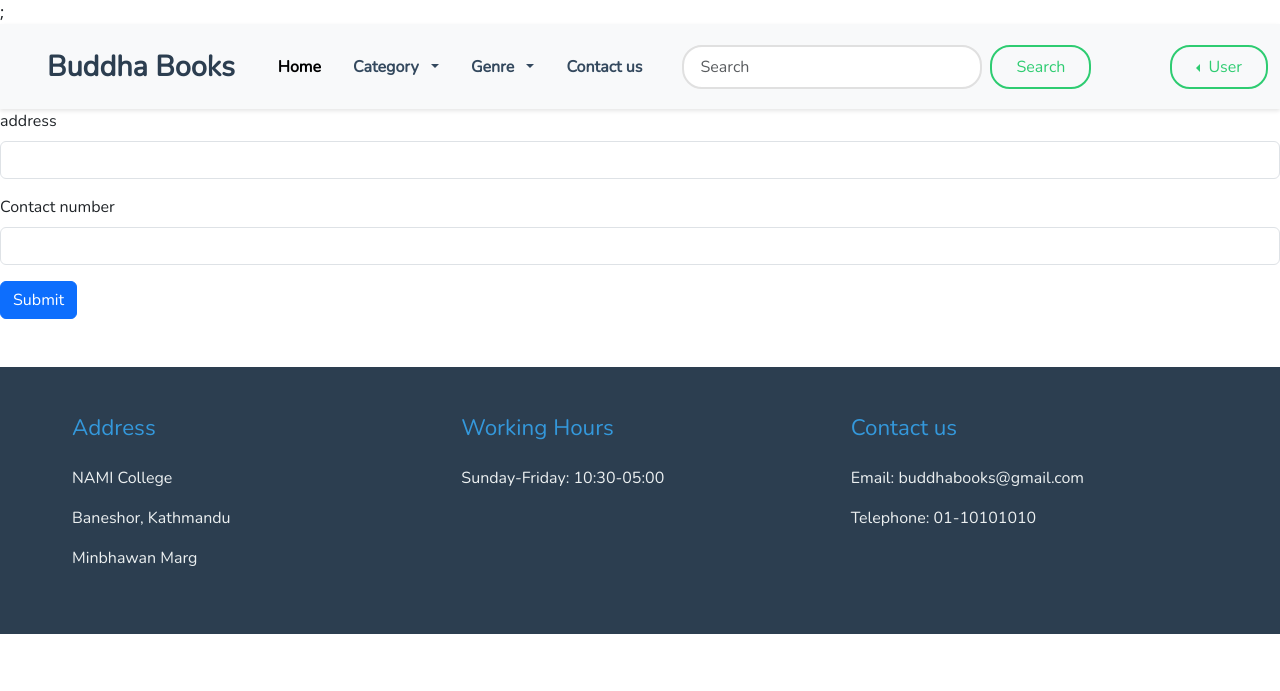
Repository: Shuprawal/Library-Management-System
Page: resources/views/addProfile.blade.php
An editor plug-in stored every save of this project. The page is shown before and after a run of saves, followed by the edit.
The browser window is 1280 px wide. The pictures show the whole page.
Some web libraries are served in a nearby version. The page is served by the project's Laravel application, run on PHP 8.4 with Laravel 12. Other server files are loaded and not shown. The database holds what the project's SQL file puts in it. The template is opened directly, without the code that normally fills it, so the values that code supplies are empty.

Above is the page before, as saved 2024-12-29 12:42:19.

### app/Providers/AppServiceProvider.php
<?php

namespace App\Providers;

use App\Models\Publisher;
use Illuminate\Support\ServiceProvider;
use Illuminate\Support\Facades\View;
use App\Models\Genre;
use App\Models\Author;
use App\Models\Book;
class AppServiceProvider extends ServiceProvider
{
    /**
     * Register any application services.
     */
    public function register(): void
    {
        //
    }

    /**
     * Bootstrap any application services.
     */
    public function boot(): void
    {
        //
        View::composer(['kitab', 'allbooklist', 'layouts.try'], function ($view) {
            $view->with('genres', Genre::all());
        });

        View::composer(['kitab', 'allbooklist', 'layouts.try'], function ($view) {
            $view->with('authors', Author::all());
        });

        View::composer(['kitab', 'allbooklist', 'layouts.try'], function ($view) {
            $view->with('publishers', Publisher::all());
        });

        View::composer(['list', 'index'], function ($view) {
            $view->with('books', Book::with(['authors', 'genres', 'publisher'])->get());
        });


        // View::composer('book', function ($view) {
        //     $view->with('book', function () {
        //         // Retrieve the book ID from the route
        //         $id = request()->route('id');

        //         // Fetch the book along with related models
        //         return Book::with(['authors', 'genres', 'publisher'])->findOrFail($id);
        //     });
        // });
        // public function index()
        // {
        //     $books = Book::with(['authors', 'genres', 'publisher'])->get();
        //     return view('allbooklist', compact('books'));
        // }
    }
}

### routes/web.php
<?php
use App\Http\Controllers\BookController;
use App\Http\Controllers\AuthorController;
use App\Http\Controllers\PublisherController;
use App\Http\Controllers\ProfileController;
use App\Http\Controllers\GenreController;
use Illuminate\Support\Facades\Route;
use Illuminate\Support\Facades\Auth;
use Laravel\Jetstream\Http\Controllers\Inertia\UserProfileController;

Route::get('/login', function () {
    return view('login');
})->name('login');

Route::get('/data', function () {
    return view('data');
});

Route::middleware([
    'auth:sanctum',
    config('jetstream.auth_session'),
    'verified',
])->group(function () {
    Route::get('/dashboard', function () {
        return view('dashboard');
    })->name('dashboard');
});

Route::get('/new', function () {
    return view('new');
});

Route::get('/', function () {
    return view('index');
})->name('home');



Route::get('/allist', function () {
    return view('authorlist');
})->name('authorlist');

Route::get('/addauthor', function () {
    return view('author.addauthor');
});


Route::get('/book', function () {
    return view('book');
})->name('book');

Route::get('/book2', function () {
    return view('book2');
})->name('book2');

Route::get('/booklist', function () {
    return view('booklist');
});

Route::get('/add', function () {
    return view('add');
});

Route::get('/addbook', function () {
    return view('addbook');
});

Route::get('/kitab', function () {
    return view('kitab');
})->name('kitab');

Route::get('/addmore', function () {
    return view('addmore');
});

Route::get('/addgenre', function () {
    return view('addgenre');
});

Route::get('/addpublisher', function () {
    return view('addpublisher');
});

Auth::routes();

// Route::get('/home', [App\Http\Controllers\HomeController::class, 'index'])->name('index');

// Route ::get('addpublisher',[PublisherController::class, 'index'])->name('publisher.index');
// Route ::get('addpublisher',[PublisherController::class, 'create'])->name('publisher.create');
// Route ::post('pulish',[PublisherController::class, 'store'])->name('publisher.store');


// Display a list of publishers (index)
Route::get('publishers', [PublisherController::class, 'index'])->name('publisher.index');

// Display the form to add a publisher (create)
Route::get('addpublisher', [PublisherController::class, 'create'])->name('publisher.create');

// Store the new publisher (store)
Route::post('addpublisher', [PublisherController::class, 'store'])->name('publisher.store');
Route::post('addpublisher', [PublisherController::class, 'store'])->name('publisher.store');
Route::post('kitab', [BookController::class, 'store'])->name('book.store');






Route::get('genres', [GenreController::class, 'index'])->name('genre.index');


Route::get('addgenre', [GenreController::class, 'create'])->name('genre.create');


Route::post('addgenre', [GenreController::class, 'store'])->name('genre.store');

// Route::get('/books/{genre}', [BookController::class, 'listByGenre'])->name('booklist');




Route::get('authors', [AuthorController::class, 'index'])->name('author.index');


Route::get('addauthor', [AuthorController::class, 'create'])->name('author.create');


Route::post('addauthor', [AuthorController::class, 'store'])->name('author.store');




Route::get('books', [BookController::class, 'index'])->name('book.index');


Route::get('kitab', [BookController::class, 'create'])->name('book.create');


Route::post('kitab', [BookController::class, 'store'])->name('book.store');

// Route::post('/kitab', [BookController::class, 'store']);

Route::get('/addNewBook',function(){
    return view('addNewBook');
})->name('new');


Route::get('/list', function () {
    return view('list');
})->name('list');


// Route::get('/booklist', function () {
//     return view('booklist');
// })->name('booklist');

Route::get('authorlist', [AuthorController::class, 'index'])->name('authorlist');
Route::delete('autorlist/{id}', [AuthorController::class, 'destroy'])->name('delete_author');

Route::get('genrelist', [GenreController::class, 'index'])->name('genrelist');
Route::delete('genrelist/{id}', [GenreController::class, 'destroy'])->name('delete_genre');

Route::get('publisherlist', [PublisherController::class, 'index'])->name('publisherlist');
Route::delete('publisher/{id}', [PublisherController::class, 'destroy'])->name('delete_publisher');


Route::get('allbooklist', [BookController::class, 'index'])->name('allbooklist');
Route::delete('allbooklist/{id}', [BookController::class, 'destroy'])->name('delete_book');

Route::get('/book/{id}', [BookController::class, 'show'])->name('book');


 Route::post('/publisherEdit/{id}', [PublisherController::class, 'edit'])->name('publisher_edit');


Route::get('/publisherEdit/{id}', [PublisherController::class, 'edit'])->name('publisher_edit');
Route::put('/publisherEdit/{id}', [PublisherController::class, 'update'])->name('publisher_update');



Route::post('/authorEdit/{id}', [AuthorController::class, 'edit'])->name('author_edit');


Route::get('/authorEdit/{id}', [AuthorController::class, 'edit'])->name('author_edit');
Route::put('/authorEdit/{id}', [AuthorController::class, 'update'])->name('author_update');


Route::post('/genreEdit/{id}',[GenreController::class,'edit'])->name('genre_edit');
Route::get('/genreEdit/{id}',[GenreController::class,'edit'])->name('genre_edit');
Route::put('genreEdit/{id}',[GenreController::class,'update'])->name('genre_update');

Route::get('bookEdit/{id}',[BookController::class,'edit'])->name('book_edit');
Route::post('bookEdit/{id}',[BookController::class,'edit'])->name('book_edit');
Route::put('bookEdit/{id}',[BookController::class,'update'])->name('book_update');

 Route::get('booklist/{id}',[BookController::class,'getBooksByGenre'])->name('booklist');







//  show profile

Route::middleware('auth')->group(function(){

    Route::get('profile',[ProfileController::class,'show'])->name('showProfile');
    Route::get('addprofile',[ProfileController::class,'create'])->name('profilecreate');
});

### resources/views/addProfile.blade.php
@extends('layouts.try');
@section('hom-body')
<form action="{{route('profilecreate')}}" method="Post">
@csrf


  <div class="mb-3">
    <label for="exampleAddress" class="form-label">address</label>
    <input type="text" class="form-control" id="exampleInputAddress1">

  </div>
  <div class="mb-3">
    <label for="exampleInputContact" class="form-label">Contact number</label>
    <input type="text" class="form-control" id="exampleInputContact1">
  </div>

  <button type="submit" class="btn btn-primary">Submit</button>

</form>
@endsection

### app/Models/Genre.php
<?php

namespace App\Models;

use Illuminate\Database\Eloquent\Model;

class Genre extends Model
{
    protected $fillable = ['name'];

    public function books() {
        return $this->belongsToMany(Book::class, 'book_genres', 'genre_id', 'book_id');
    }
}

### app/Models/Author.php
<?php

namespace App\Models;

use Illuminate\Database\Eloquent\Model;

class Author extends Model
{
    protected $fillable = ['name'];

    // In Author Model
    public function books() {
        return $this->belongsToMany(Book::class, 'book_authors', 'authorID', 'bookID');
    }



}

### app/Models/Publisher.php
<?php

namespace App\Models;

use Illuminate\Database\Eloquent\Model;

class Publisher extends Model
{
    protected $fillable = ['name'];

    public function books() {
        return $this->hasMany(Book::class, 'publisherID','id');
    }
}

### library management system database.sql (the tables this page reads)
CREATE TABLE `authors` (
  `id` bigint(20) UNSIGNED NOT NULL,
  `name` varchar(255) NOT NULL,
  `created_at` timestamp NULL DEFAULT NULL,
  `updated_at` timestamp NULL DEFAULT NULL
) ENGINE=InnoDB DEFAULT CHARSET=utf8mb4 COLLATE=utf8mb4_unicode_ci;

INSERT INTO `authors` (`id`, `name`, `created_at`, `updated_at`) VALUES
(1, 'ram', '2024-12-23 05:53:07', '2024-12-23 05:53:07'),
(2, 'showan', '2024-12-23 05:53:38', '2024-12-23 05:53:38'),
(4, 'Nishan', '2024-12-23 06:12:34', '2024-12-23 06:12:34'),
(7, 'author one two', '2024-12-26 06:05:45', '2024-12-27 19:07:31'),
(8, 'Jane Austen', '2024-12-26 08:37:50', '2024-12-26 08:37:50'),
(9, 'Harper Lee', '2025-01-04 03:07:21', '2025-01-04 03:07:21'),
(10, 'Harold Bloom', '2025-01-04 03:16:23', '2025-01-04 03:16:23'),
(11, 'Sylvia Plath', '2025-01-04 03:23:03', '2025-01-04 03:23:03'),
(12, 'Don DeLillo', '2025-01-04 03:30:40', '2025-01-04 03:30:40'),
(13, 'Kazuo Ishiguro', '2025-01-04 03:41:48', '2025-01-04 03:41:48'),
(14, 'Hilary Mantel', '2025-01-04 03:48:40', '2025-01-04 03:48:40'),
(15, 'Marilynne Robinson', '2025-01-04 04:29:46', '2025-01-04 04:29:46'),
(16, 'Chimamanda Ngozi Adichie', '2025-01-04 04:37:14', '2025-01-04 04:37:14'),
(17, 'Buddhi Sagar', '2025-01-04 04:43:20', '2025-01-04 04:43:20'),
(18, 'Sudheer Sharma', '2025-01-04 04:49:10', '2025-01-04 04:49:10'),
(19, 'Thaddeus Kertzmann', '2025-01-05 00:06:17', '2025-01-05 00:06:17'),
(20, 'Marilie Wilkinson', '2025-01-05 00:06:17', '2025-01-05 00:06:17'),
(21, 'Rusty Johns', '2025-01-05 00:06:17', '2025-01-05 00:06:17'),
(22, 'Gunnar Lueilwitz', '2025-01-05 00:06:17', '2025-01-05 00:06:17'),
(23, 'Valentine Schowalter', '2025-01-05 00:06:17', '2025-01-05 00:06:17'),
(24, 'Henry Ortiz IV', '2025-01-05 00:06:17', '2025-01-05 00:06:17'),
(25, 'Edwina Schinner', '2025-01-05 00:06:17', '2025-01-05 00:06:17'),
(26, 'Jalon Johnson', '2025-01-05 00:06:17', '2025-01-05 00:06:17'),
(27, 'Kattie Lubowitz', '2025-01-05 00:06:17', '2025-01-05 00:06:17'),
(28, 'Dr. Forrest Rau', '2025-01-05 00:06:17', '2025-01-05 00:06:17'),
(29, 'Prof. Ian Hahn MD', '2025-01-05 00:06:17', '2025-01-05 00:06:17'),
(30, 'Mylene Gutmann', '2025-01-05 00:06:17', '2025-01-05 00:06:17'),
(31, 'Jamison Erdman III', '2025-01-05 00:06:17', '2025-01-05 00:06:17'),
(32, 'Jimmie Rohan', '2025-01-05 00:06:17', '2025-01-05 00:06:17'),
(33, 'Mr. Merritt Willms MD', '2025-01-05 00:06:17', '2025-01-05 00:06:17');

ALTER TABLE `authors`
  ADD PRIMARY KEY (`id`);

ALTER TABLE `authors`
  MODIFY `id` bigint(20) UNSIGNED NOT NULL AUTO_INCREMENT, AUTO_INCREMENT=34;

CREATE TABLE `genres` (
  `id` bigint(20) UNSIGNED NOT NULL,
  `name` varchar(255) NOT NULL,
  `created_at` timestamp NULL DEFAULT NULL,
  `updated_at` timestamp NULL DEFAULT NULL
) ENGINE=InnoDB DEFAULT CHARSET=utf8mb4 COLLATE=utf8mb4_unicode_ci;

INSERT INTO `genres` (`id`, `name`, `created_at`, `updated_at`) VALUES
(3, 'Action', '2024-12-23 05:19:01', '2024-12-27 19:37:51'),
(5, 'comedy', '2024-12-24 17:54:38', '2024-12-24 17:54:38'),
(6, 'Fantasy', '2024-12-24 17:55:35', '2024-12-24 17:55:35'),
(7, 'Horror', '2024-12-24 17:56:06', '2024-12-24 17:56:06'),
(8, 'Science Fiction', '2024-12-24 17:56:37', '2024-12-24 17:56:37'),
(9, 'Thriller', '2024-12-24 17:56:55', '2024-12-24 17:56:55'),
(10, 'Mystery', '2024-12-24 17:57:08', '2024-12-24 17:57:08'),
(12, 'Romance', '2024-12-26 08:34:08', '2024-12-26 08:34:08'),
(13, 'Fiction', '2024-12-26 08:34:22', '2024-12-26 08:34:22'),
(14, 'Biography', '2024-12-28 06:43:40', '2025-01-05 06:57:52'),
(15, 'Novel', '2025-01-04 03:15:48', '2025-01-04 03:15:48');

ALTER TABLE `genres`
  ADD PRIMARY KEY (`id`);

ALTER TABLE `genres`
  MODIFY `id` bigint(20) UNSIGNED NOT NULL AUTO_INCREMENT, AUTO_INCREMENT=16;

CREATE TABLE `publishers` (
  `id` bigint(20) UNSIGNED NOT NULL,
  `created_at` timestamp NULL DEFAULT NULL,
  `updated_at` timestamp NULL DEFAULT NULL,
  `name` varchar(30) NOT NULL,
  `address` varchar(30) NOT NULL
) ENGINE=InnoDB DEFAULT CHARSET=utf8mb4 COLLATE=utf8mb4_unicode_ci;

INSERT INTO `publishers` (`id`, `created_at`, `updated_at`, `name`, `address`) VALUES
(1, '2024-12-21 04:33:17', '2025-01-05 06:52:00', 'Ram Publishers', 'kathmandu nepal'),
(2, '2024-12-21 04:41:55', '2025-01-05 06:52:34', 'New Publisher', 'kathmandu'),
(3, '2024-12-21 17:25:32', '2025-01-05 06:51:39', 'We Publish', 'kathmandu'),
(5, '2024-12-21 23:50:11', '2025-01-05 06:50:56', 'rama', 'atlanta'),
(6, '2024-12-21 23:50:31', '2025-01-05 06:51:16', 'hari', 'New York, United States'),
(10, '2024-12-26 04:18:17', '2024-12-26 04:18:17', 'pub one', 'atlanta'),
(12, '2024-12-26 08:36:18', '2024-12-26 08:36:18', 'Dover Publications', 'New York, United States'),
(13, '2025-01-04 03:06:46', '2025-01-04 03:06:46', 'Bibliomania', 'Egypt'),
(14, '2025-01-04 03:15:05', '2025-01-04 03:15:05', 'Infobase', 'New York, United States'),
(15, '2025-01-04 03:30:24', '2025-01-04 03:30:24', 'Viking Adult', 'United States'),
(16, '2025-01-04 03:41:30', '2025-01-04 03:41:30', 'Faber and Faber', 'United Kingdom'),
(17, '2025-01-04 03:49:05', '2025-01-04 03:49:05', 'Fourth Estate', 'United Kingdom'),
(18, '2025-01-04 04:30:34', '2025-01-04 04:30:34', 'Farrar Straus and Giroux', 'United States'),
(19, '2025-01-04 04:42:50', '2025-01-04 04:42:50', 'FinePrint Publication', 'Nepal'),
(20, '2025-01-04 04:50:07', '2025-01-04 04:50:07', 'Kitab Publishers', 'Kathmandu, Nepal'),
(21, '2025-01-05 00:28:20', '2025-01-05 00:28:20', 'Williamson Ltd', '6306 Goodwin Shoals Apt. 309\nL'),
(22, '2025-01-05 00:28:20', '2025-01-05 00:28:20', 'Labadie, Hermiston and Bins', '60562 Gaylord Street Suite 597'),
(23, '2025-01-05 00:28:20', '2025-01-05 00:28:20', 'Watsica Inc', '8086 Eulalia Orchard\nPort Alis'),
(24, '2025-01-05 00:28:20', '2025-01-05 00:28:20', 'Mann and Sons', '68884 O\'Keefe Point\nIgnatiusmo'),
(25, '2025-01-05 00:28:20', '2025-01-05 00:28:20', 'Hermiston Ltd', '2903 Kilback Street\nPadbergfur'),
(26, '2025-01-05 00:28:20', '2025-01-05 00:28:20', 'Kiehn, Steuber and Herzog', '848 Unique Locks Apt. 760\nEast'),
(27, '2025-01-05 00:28:20', '2025-01-05 00:28:20', 'Nicolas and Sons', '834 Effertz Pine Suite 736\nPet'),
(28, '2025-01-05 00:28:20', '2025-01-05 00:28:20', 'Maggio Group', '9788 Koss Mount Apt. 425\nVinni'),
(29, '2025-01-05 00:28:20', '2025-01-05 00:28:20', 'Erdman Inc', '770 Ariel Ranch Apt. 969\nUpton'),
(30, '2025-01-05 00:28:20', '2025-01-05 00:28:20', 'Hermiston, Cremin and O\'Keefe', '2780 Jazmyne Stravenue\nElfried'),
(31, '2025-01-05 00:28:20', '2025-01-05 00:28:20', 'Schimmel Ltd', '225 Stephanie Greens\nSouth Alt'),
(32, '2025-01-05 00:28:20', '2025-01-05 00:28:20', 'Kunze, Dach and Miller', '9410 Gertrude View\nEast Mathew');

ALTER TABLE `publishers`
  ADD PRIMARY KEY (`id`);

ALTER TABLE `publishers`
  MODIFY `id` bigint(20) UNSIGNED NOT NULL AUTO_INCREMENT, AUTO_INCREMENT=33;

Loaded but not shown: app/Http/Controllers/Auth/ConfirmPasswordController.php (common file); app/Http/Controllers/Controller.php (common file); resources/views/layouts/try.blade.php (469 lines, source omitted)

After the next 2 saves:
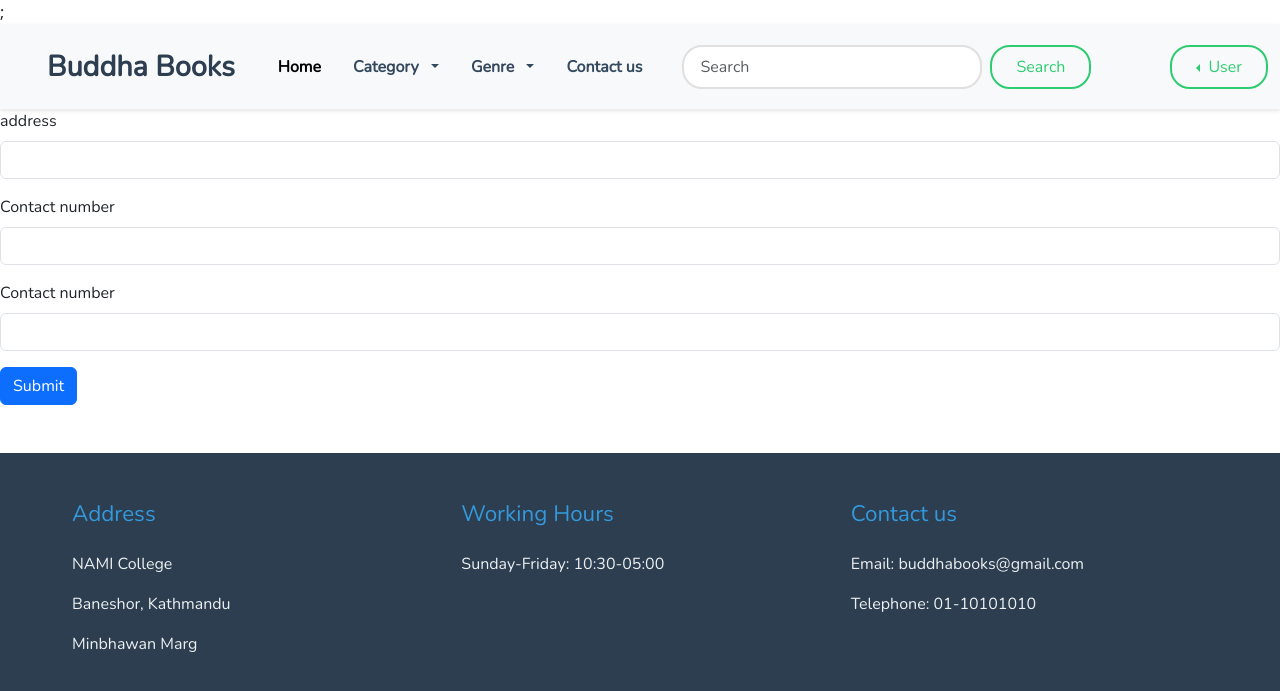
The 2 saves are shown as one change because they came seconds apart.
The last was saved 9 s later.
--- a/resources/views/addProfile.blade.php
+++ b/resources/views/addProfile.blade.php
@@ -14,6 +14,11 @@
     <input type="text" class="form-control" id="exampleInputContact1">
   </div>
 
+  <div class="mb-3">
+    <label for="exampleInputContact" class="form-label">Contact number</label>
+    <input type="text" class="form-control" id="exampleInputContact1">
+  </div>
+
   <button type="submit" class="btn btn-primary">Submit</button>
 
 </form>
